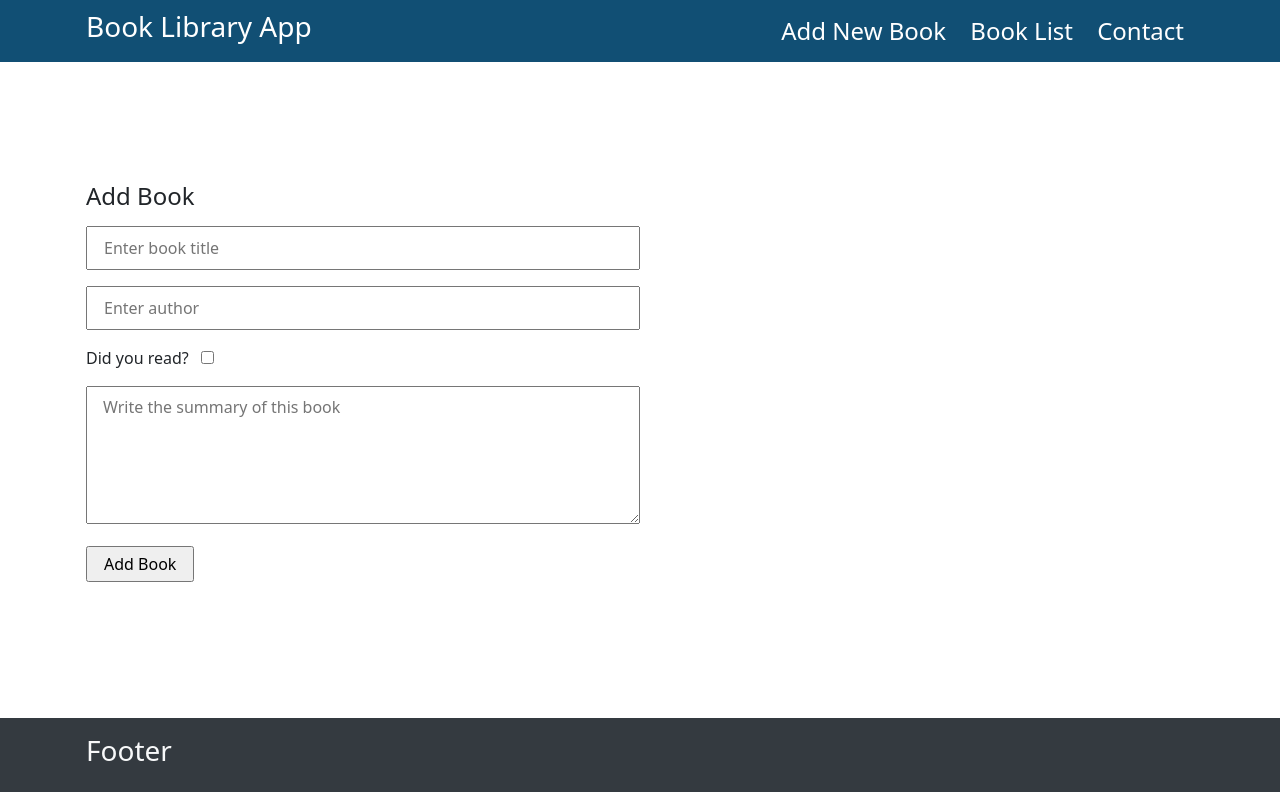
Repository: just-mann/booklibrary-app
Page: http://localhost/
These files come from the project's save history. The page is drawn as it stood at one moment and after the next save; the edit follows.
The browser window is 1280 px wide. The pictures show the whole page.
The page is served by the project's Node server (app.js).

Above is the page before, as saved 2021-06-06 03:54:16.

After the next save:
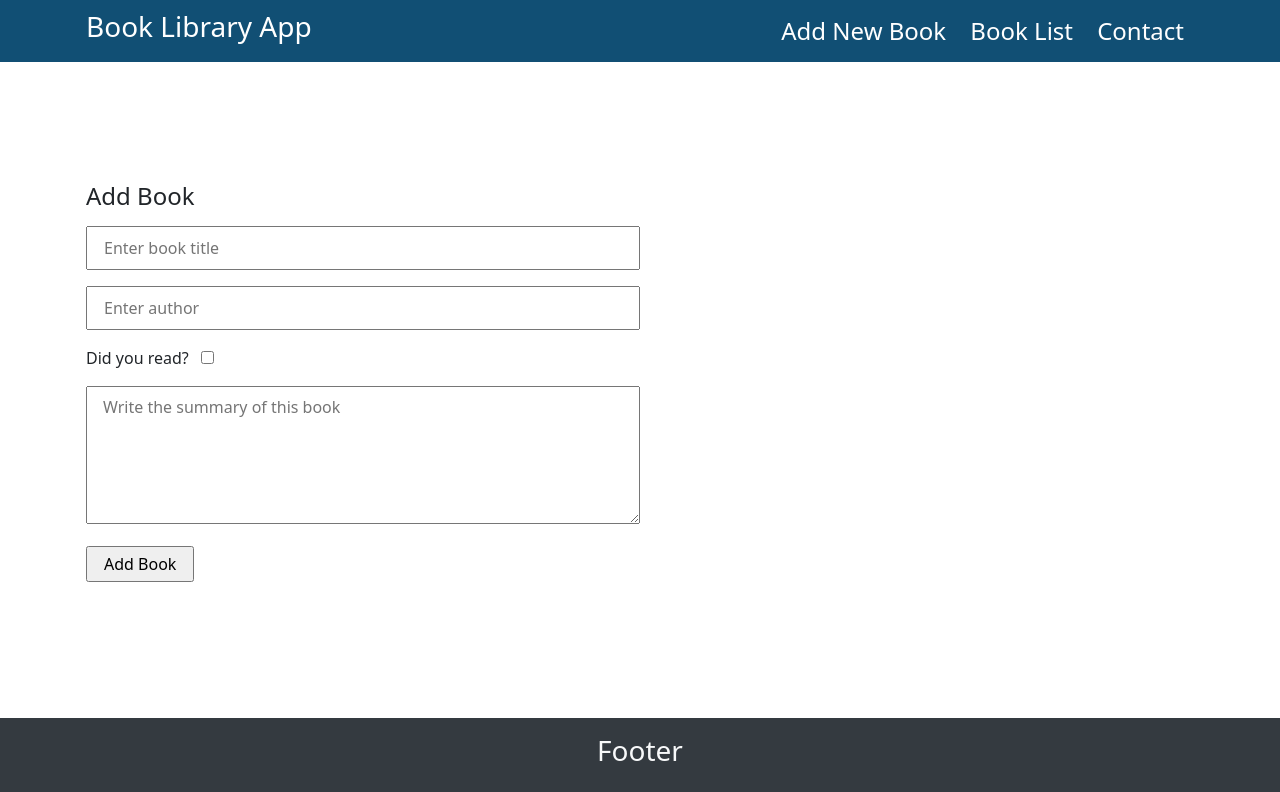
Saved 3 min 21 s later.
--- a/views/partials/Footer.ejs
+++ b/views/partials/Footer.ejs
@@ -1,4 +1,4 @@
-<footer class="bg-dark py-3 text-light">
+<footer class="bg-dark py-3 text-light text-center">
     <script src="https://ajax.googleapis.com/ajax/libs/jquery/3.5.1/jquery.min.js"></script>
     <script src="/script.js"></script>
     <div class="container">
